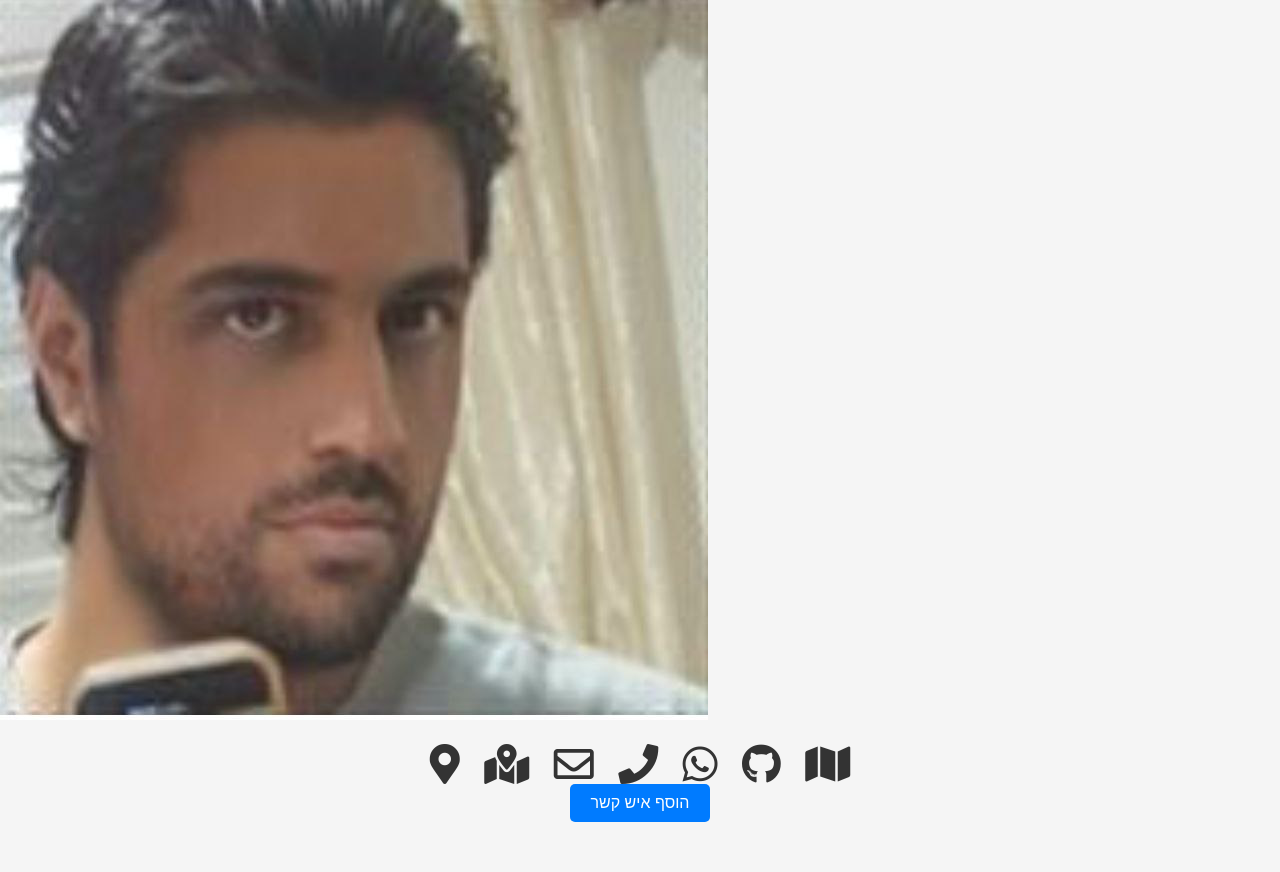
Repository: RL20/Business-Card
Page: index.html
These files come from the project's save history. The page is drawn as it stood at one moment and after the next save; the edit follows.
The browser window is 1280 px wide. The pictures show the whole page.

Above is the page before, as saved 2024-05-15 03:22:43.

After the next save:
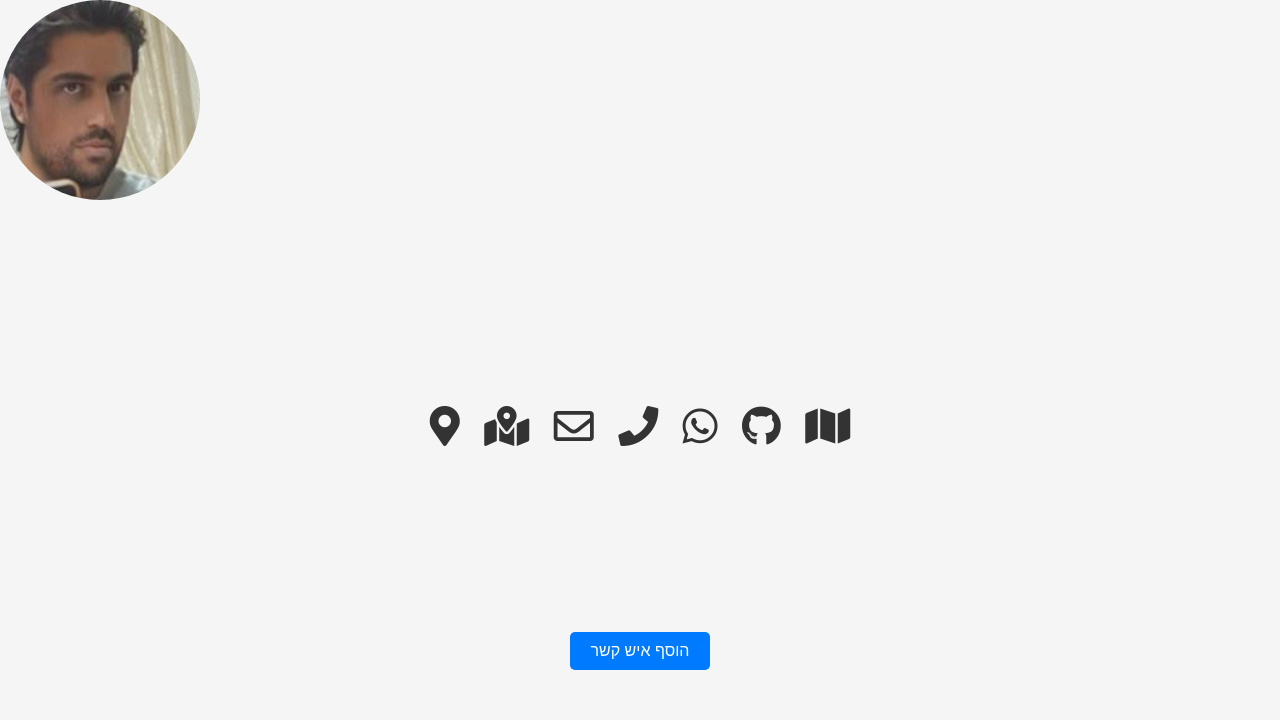
Saved 32 s later.
--- a/index.html
+++ b/index.html
@@ -45,6 +45,21 @@
       }
       .button:hover {
         background-color: #0056b3;
+      }
+      .profile-img {
+        width: 200px;
+        height: 200px;
+        overflow: hidden;
+        border-radius: 50%;
+        display: flex;
+        justify-content: center;
+        align-items: center;
+      }
+
+      .profile-img img {
+        width: 100%;
+        height: 100%;
+        object-fit: cover;
       }
     </style>
   </head>
